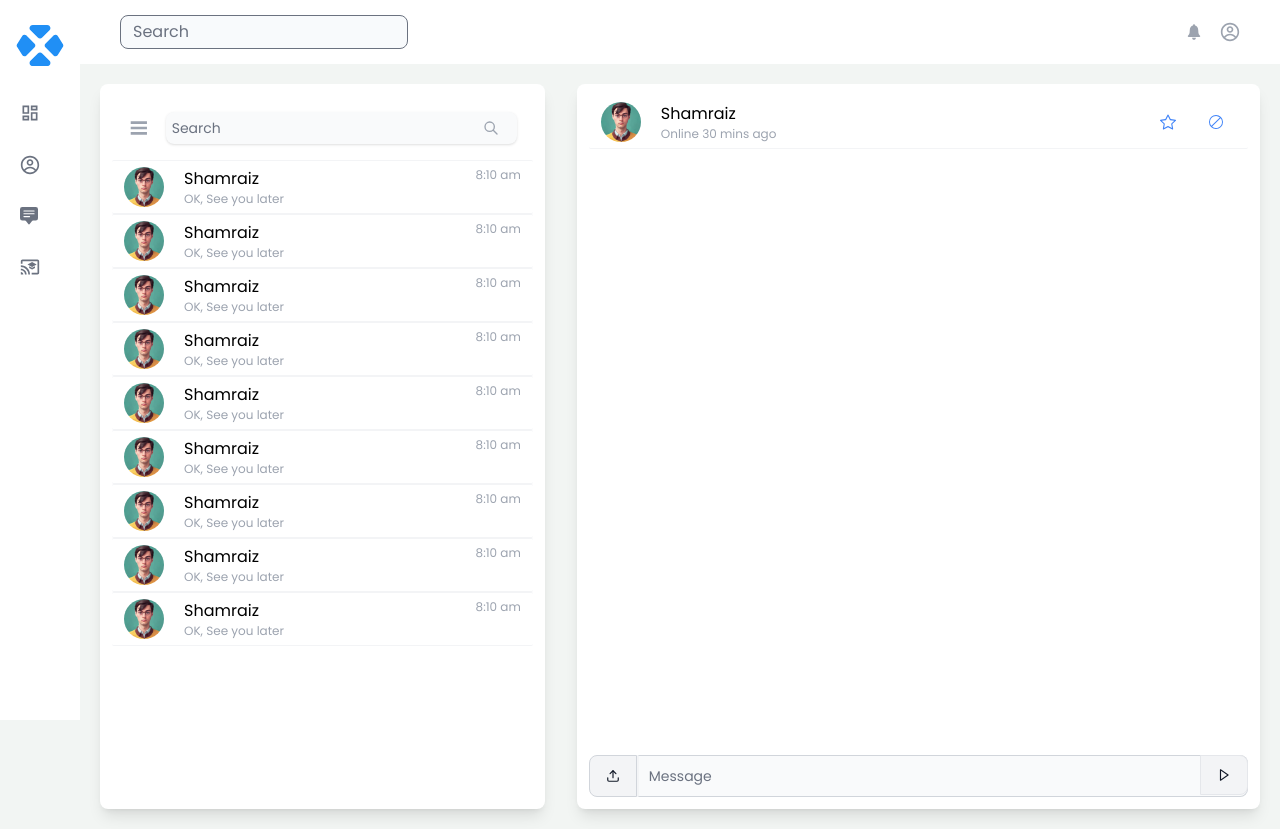
Repository: Shamraiz761/Frontend-Assessment
Page: /chat
An editor plug-in stored every save of this project. The page is shown before and after the next save, followed by the edit.
The browser window is 1280 px wide. The pictures show the whole page.
The project was rebuilt for these pictures with package versions that can differ from the ones it lists, and the page was loaded fresh each time. Also part of the build but not shown: vite.config.js, src/routes/root.jsx, src/pages/orders/index.jsx, src/pages/submission/index.jsx, src/pages/admin/index.css, src/components/admin/card.jsx, src/components/admin/addCard.jsx, src/pages/admin/index.jsx and 3 more. Imported but missing from the stored project, and not drawn on this page: src/pages/auth/login, src/pages/tasks, src/routes/profileLayout.

Above is the page before, as saved 2023-06-16 11:43:16.

After the next save:
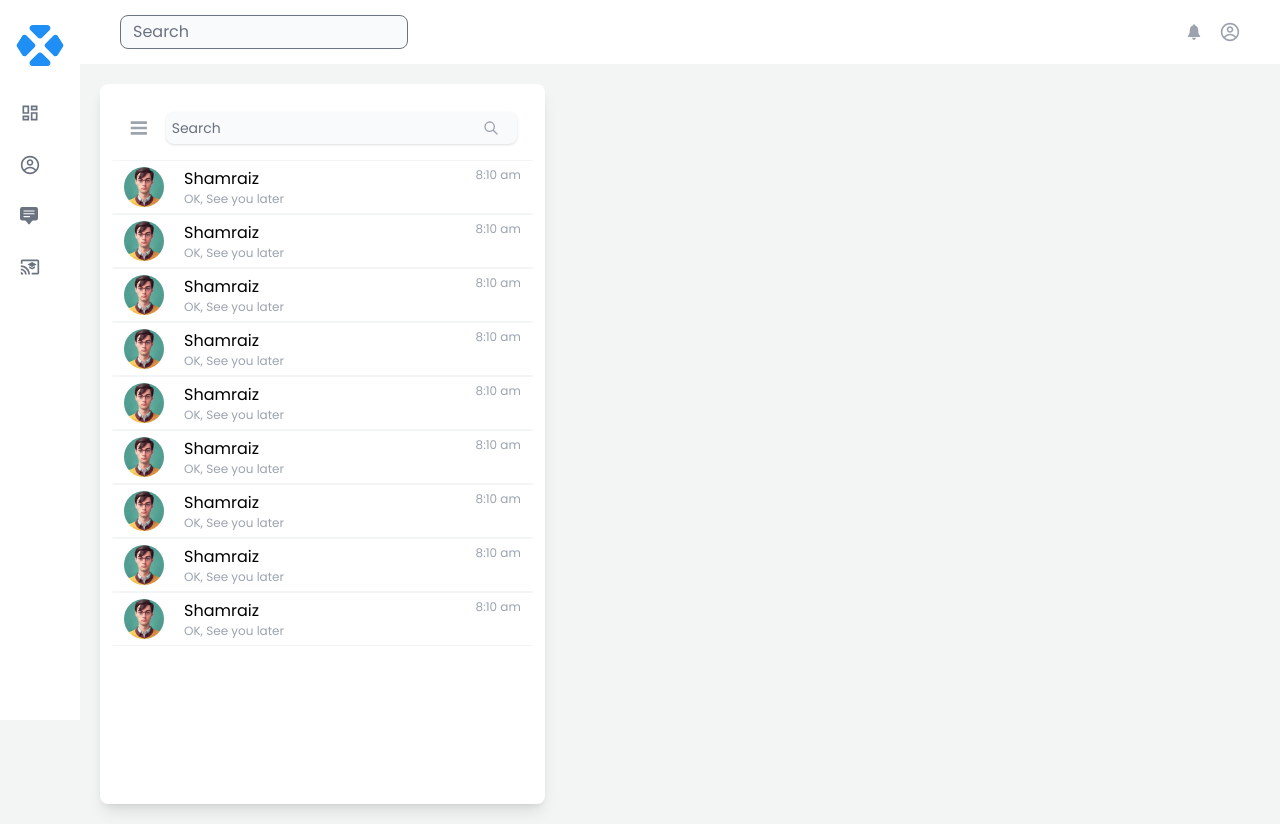
Saved 20 s later.
--- a/src/pages/chat/index.jsx
+++ b/src/pages/chat/index.jsx
@@ -56,8 +56,6 @@
         <ChatsCard />
         <ChatsCard />
       </div>
-
-      <UserChat />
     </div>
   );
 }

After the 2 saves that followed:
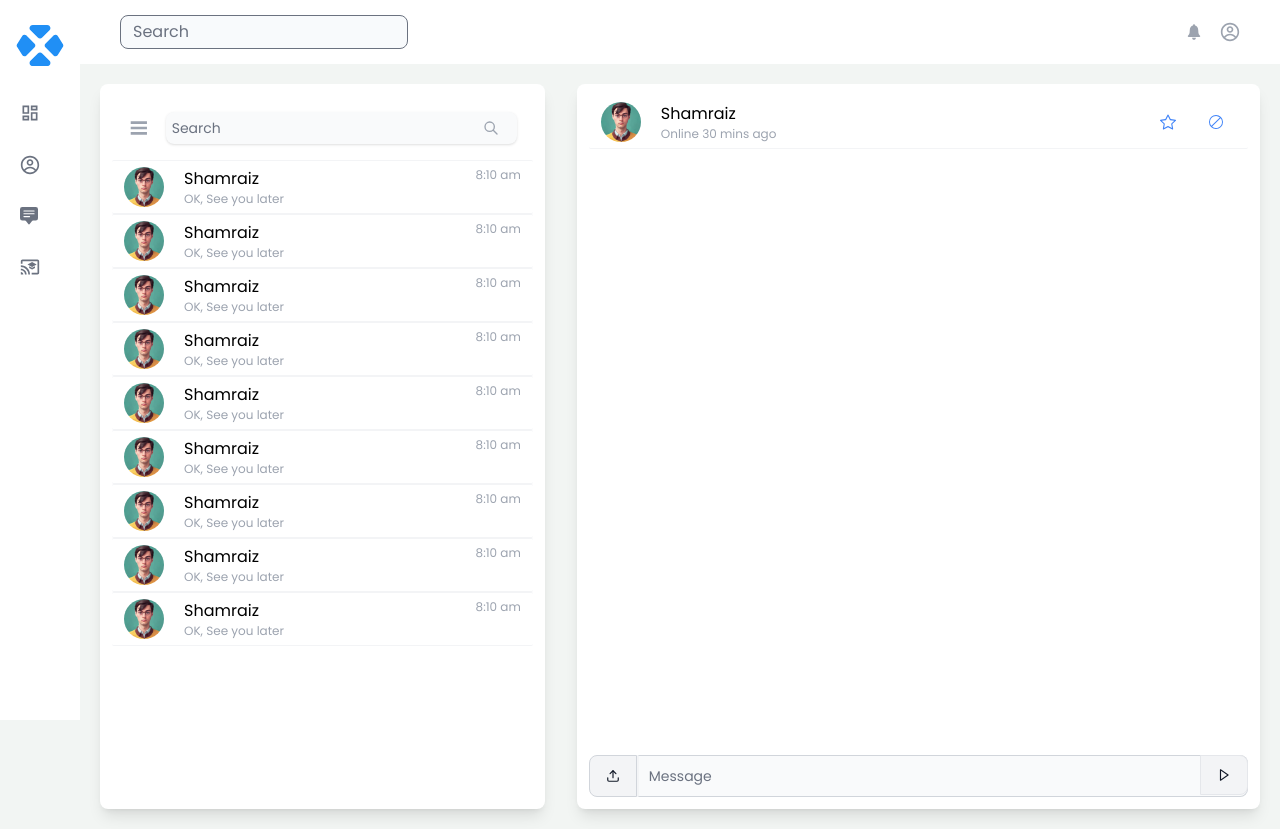
The 2 saves are shown as one change because 1 left the picture as it was.
The last was saved 65 s later.
--- a/src/pages/chat/index.jsx
+++ b/src/pages/chat/index.jsx
@@ -56,6 +56,8 @@
         <ChatsCard />
         <ChatsCard />
       </div>
+
+      <UserChat />
     </div>
   );
 }
--- a/src/components/chat/chatsCard.jsx
+++ b/src/components/chat/chatsCard.jsx
@@ -1,23 +1,20 @@
 import React from "react";
 
 import Profile from "../../assets/images/profilePic.jpg";
-import { Link } from "react-router-dom";
 
 function ChatsCard() {
   return (
-    <Link to="/userchat">
-      <div className="flex flex-row px-3 py-1.5  border-y border-gray-100 rounded-sm hover:bg-blue-200">
-        <img src={Profile} className="h-10 w-10 rounded-full" />
-        <div className="ml-5 flex flex-row justify-between w-full ">
-          <div>
-            {" "}
-            <h1>Shamraiz</h1>{" "}
-            <p className="text-xs font-thin text-gray-400">OK, See you later</p>
-          </div>
-          <p className="text-xs font-thin text-gray-400">8:10 am</p>
+    <div className="flex flex-row px-3 py-1.5  border-y border-gray-100 rounded-sm hover:bg-blue-200">
+      <img src={Profile} className="h-10 w-10 rounded-full" />
+      <div className="ml-5 flex flex-row justify-between w-full ">
+        <div>
+          {" "}
+          <h1>Shamraiz</h1>{" "}
+          <p className="text-xs font-thin text-gray-400">OK, See you later</p>
         </div>
+        <p className="text-xs font-thin text-gray-400">8:10 am</p>
       </div>
-    </Link>
+    </div>
   );
 }
 
